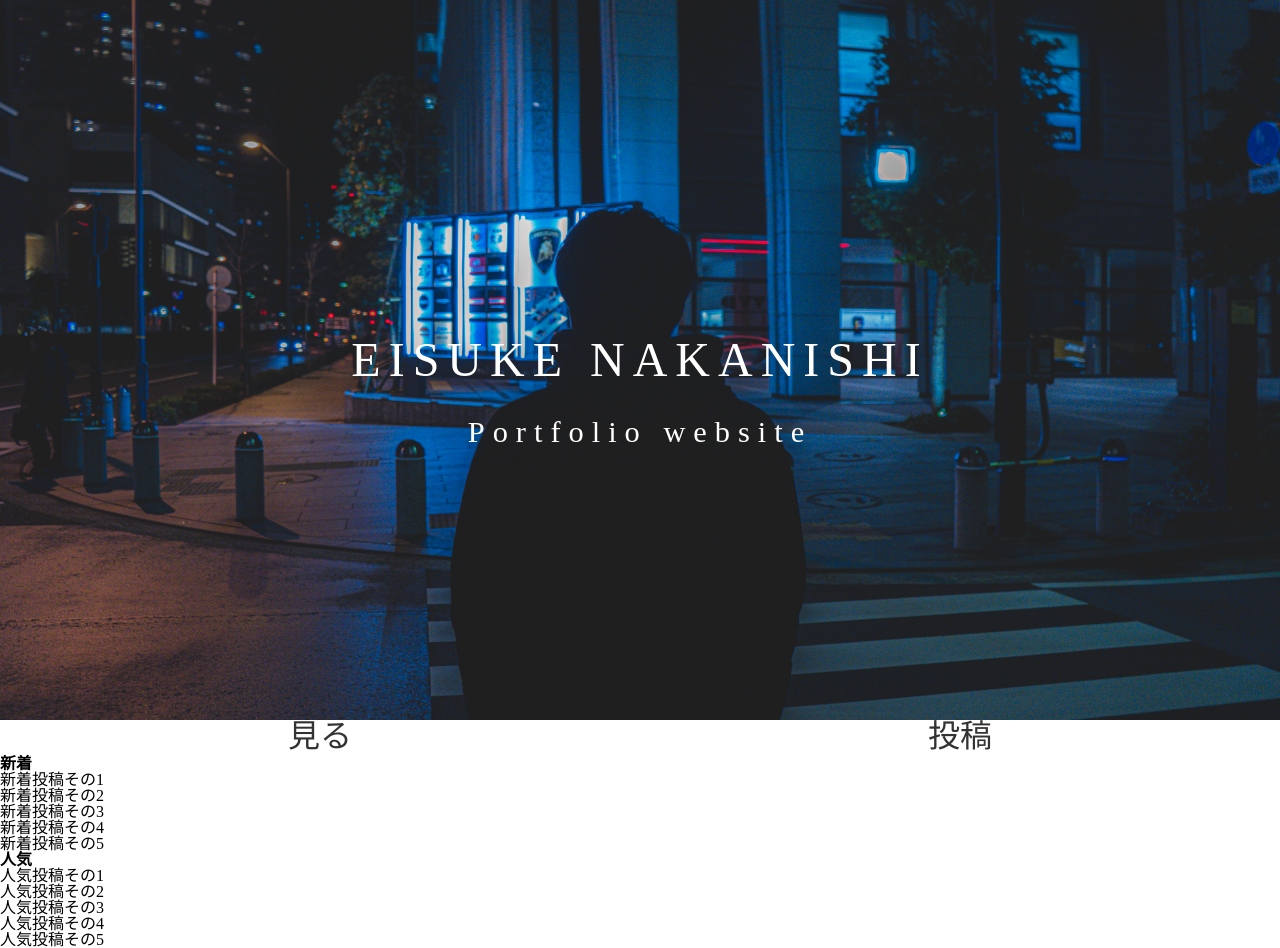
Repository: KustomApe/LandorusInc
Page: index.html
The author's editor kept a copy of each file at every save. The page is drawn from the files as they stood at one save, then again after the next save.
The browser window is 1280 px wide. The pictures show the whole page.

Above is the page before, as saved 2021-07-24 13:07:59.

After the next save:
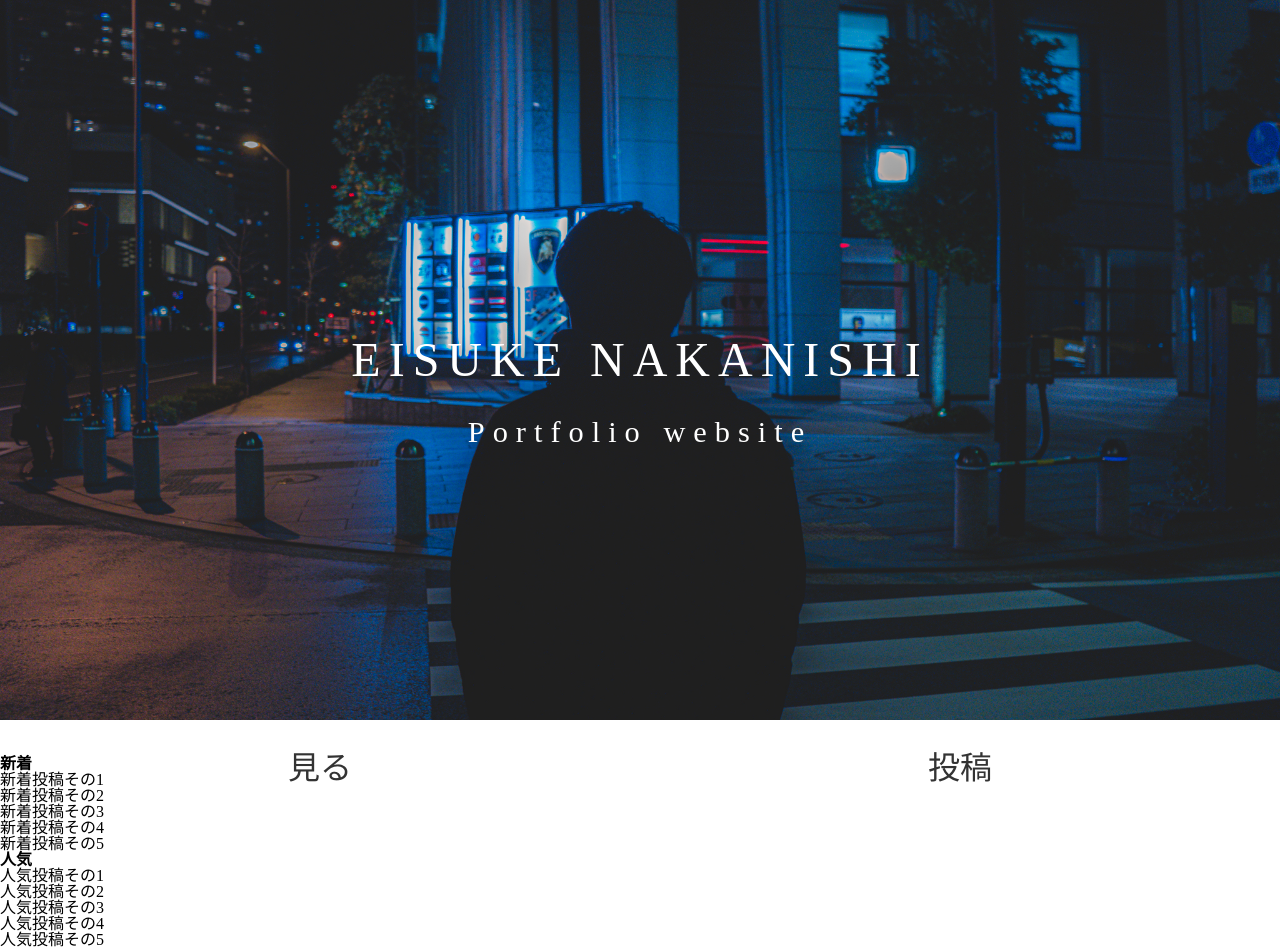
Saved 9 s later.
--- a/assets/css/style.css
+++ b/assets/css/style.css
@@ -53,7 +53,7 @@ div.contents ul#main_btn {
 
 div.contents ul#main_btn li {
     display: block;
-    margin: 0 auto;
+    margin: 2rem auto;
     font-size: 2rem;
     color: #333;
 }
